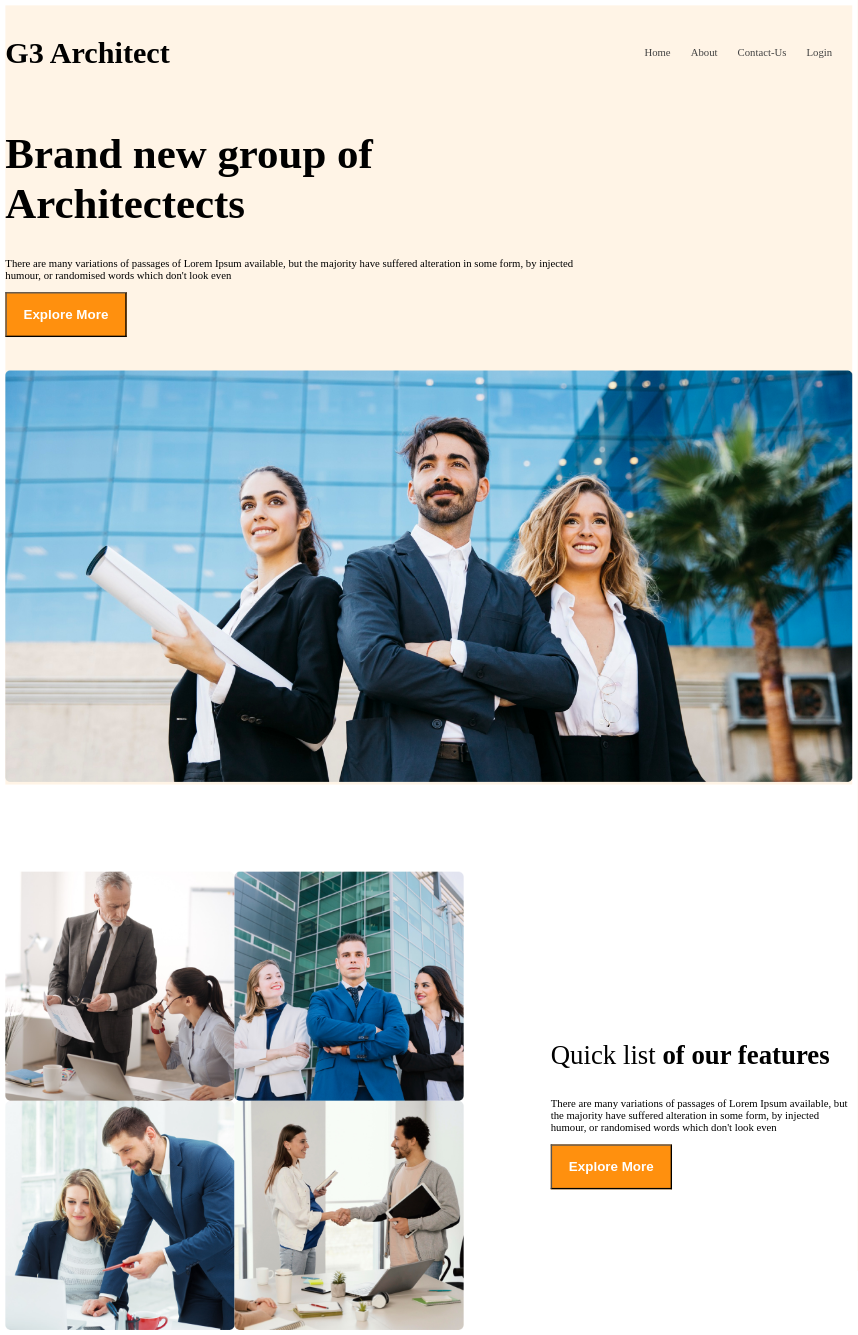
Repository: tanimtanzilislam/g3-architect-website
Page: index.html
An editor plug-in stored every save of this project. The page is shown before and after the next save, followed by the edit.
The browser window is 1280 px wide. The pictures show the whole page, at 67% of full size.

Above is the page before, as saved 2026-02-06 16:40:54.

After the next save:
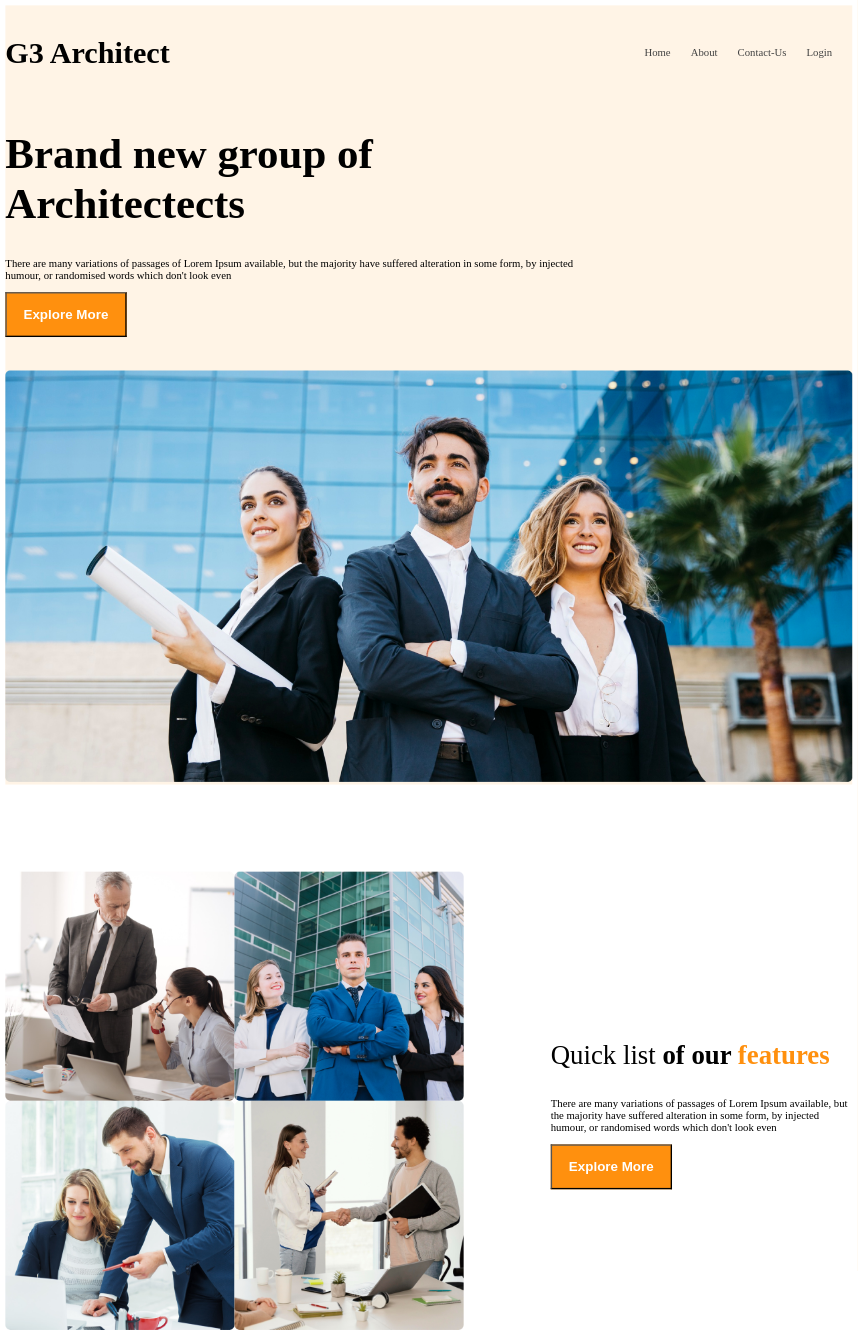
Saved 4 s later.
--- a/index.html
+++ b/index.html
@@ -45,7 +45,7 @@
             </div>
 
             <div class="our-features">
-                <h3 class="feature-title"> <span id="quick-list">Quick list </span><span>of our</span> <span  class=".text-primary">features</span></h3>
+                <h3 class="feature-title"> <span id="quick-list">Quick list </span><span>of our</span> <span  class="text-primary">features</span></h3>
                  <p class="feature-description">
                     There are many variations of passages of Lorem Ipsum available, but the majority have suffered alteration in some form, by injected humour, or randomised words which don't look even
                  </p>
